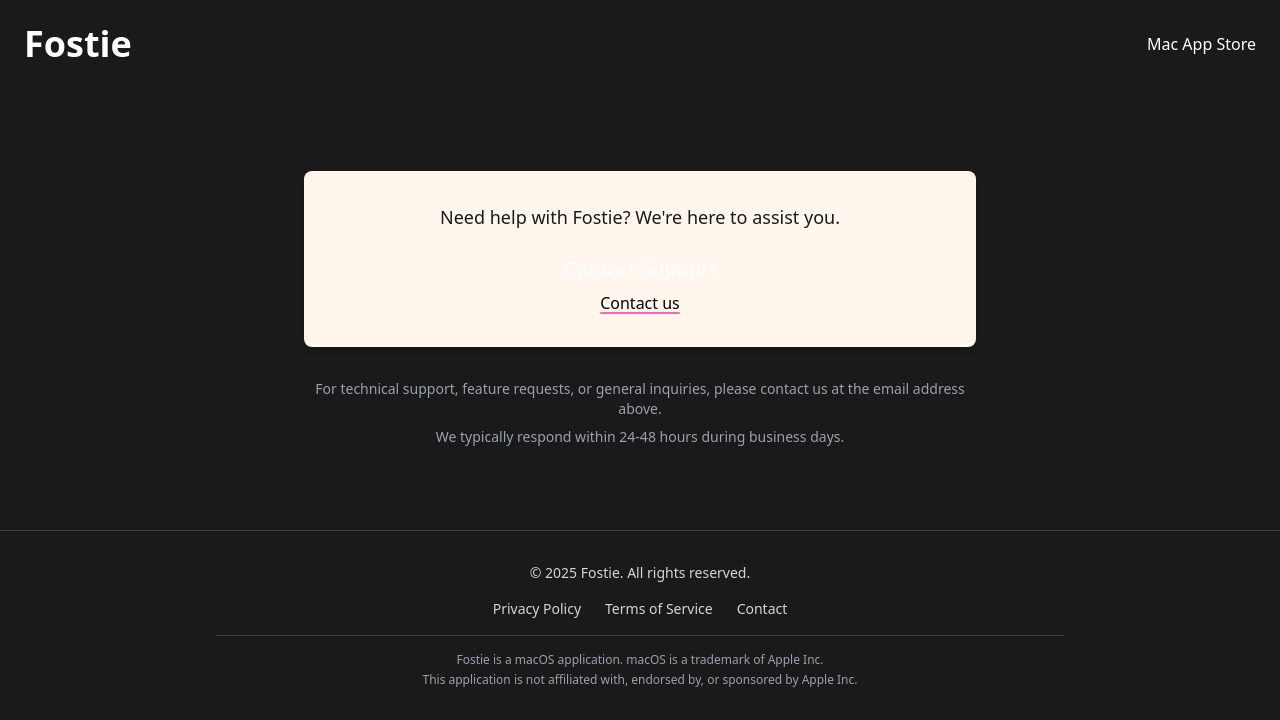
Repository: atimael/fostie-web
Page: /
An editor plug-in stored every save of this project. The page is shown before and after the next save, followed by the edit.
The browser window is 1280 px wide. The pictures show the whole page.
The project was rebuilt for these pictures with package versions that can differ from the ones it lists, and the page was loaded fresh each time. The framework's server and built-in components were replaced by stand-ins that run in the browser. Also part of the build but not shown: next.config.js.

Above is the page before, as saved 2025-05-27 20:20:25.

After the next save:
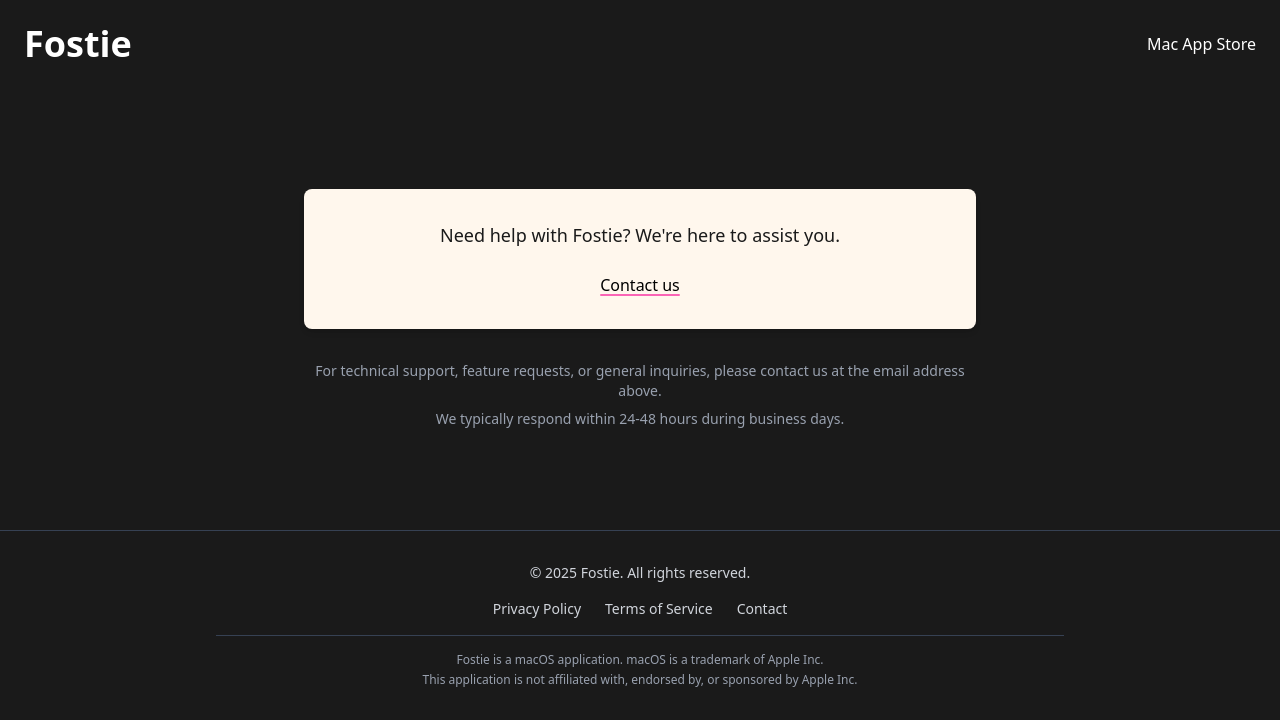
Saved 16 s later.
--- a/components/main.tsx
+++ b/components/main.tsx
@@ -9,9 +9,6 @@
 
           <div className="space-y-4">
             <div>
-              <h3 className="text-xl font-medium text-gray-900 dark:text-white mb-2">
-                Contact Support
-              </h3>
               <a
                 href="mailto:hello@fostie.com"
                 className="relative whitespace-nowrap
